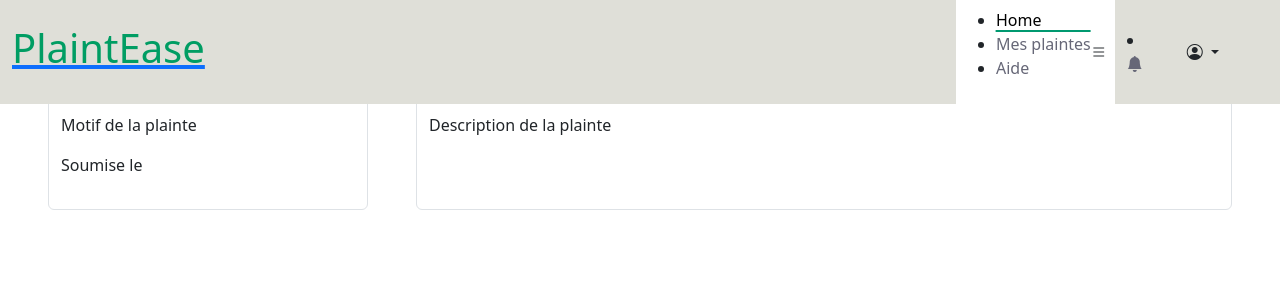
Repository: Senare1/PlaintEasy
Page: complaints/templates/complaints/plaint_detail.html
These files come from the project's save history. The page is drawn as it stood at one moment and after the next save; the edit follows.
The browser window is 1280 px wide. The pictures show the whole page.
Some web libraries are served in a nearby version. The template is drawn by Django 4.2. The application's start-up code is not run. Other server files are loaded and not shown. The template is opened directly, without the code that normally fills it, so the values that code supplies are empty.

Above is the page before, as saved 2024-08-11 07:59:23.
Console error: ReferenceError: Swiper is not defined

### complaints/templates/complaints/plaint_detail.html
{% load static %}
<!DOCTYPE html>
<html lang="en">

<head>
  <meta charset="utf-8">
  <meta content="width=device-width, initial-scale=1.0" name="viewport">

  <title>Mes plaintes</title>
  <meta content="" name="description">
  <meta content="" name="keywords">

  <!-- Vendor CSS Files -->
  <link href="https://cdn.jsdelivr.net/npm/bootstrap@5.3.3/dist/css/bootstrap.min.css" rel="stylesheet" integrity="sha384-QWTKZyjpPEjISv5WaRU9OFeRpok6YctnYmDr5pNlyT2bRjXh0JMhjY6hW+ALEwIH" crossorigin="anonymous">
  <link href="https://cdnjs.cloudflare.com/ajax/libs/font-awesome/6.1.1/css/all.min.css" rel="stylesheet">
  <link rel="stylesheet" href="https://cdnjs.cloudflare.com/ajax/libs/bootstrap-icons/1.10.0/font/bootstrap-icons.min.css">
  <link rel="stylesheet" href="https://cdnjs.cloudflare.com/ajax/libs/font-awesome/5.15.3/css/all.min.css" />
  <style>
    tr.clickable-row {
        cursor: pointer;
    }

    tr.clickable-row:hover {
        background-color: #f5f5f5;
    }
</style>

  <!-- Template Main CSS File -->
  <link href="{% static 'complaints/css/style.css' %}" rel="stylesheet">

</head>
<!-- ======= Header ======= -->


<body>

  <!-- ======= Header ======= -->
  <header id="header" class="fixed-top d-flex align-items-center" style="background-color:rgb(223, 223, 216);">
    <div class="container d-flex align-items-center justify-content-between">

      <div class="logo">
        <h1><a href="{% url 'home' %}"><span style="color: #009d63;">PlaintEase</span></a></h1>
        <!-- Uncomment below if you prefer to use an image logo -->
        <!-- <a href="index.html"><img src="assets/img/logo.png" alt="" class="img-fluid"></a>-->
      </div>

      <nav id="navbar" class="navbar">
        <ul>
          <li><a class="nav-link scrollto active" href="{% url 'home' %}">Home</a></li>
          <li><a class="nav-link scrollto" href="{% url 'my_plaints' %}">Mes plaintes</a></li>
          <li><a class="nav-link scrollto" href="{% url 'help' %}">Aide</a></li>
        </ul>
        <i class="bi bi-list mobile-nav-toggle"></i>
      </nav>
    </div>

    <li class="nav-item notification-icon">
          <a class="nav-link" href="#" id="MYResponses" data-toggle="modal" data-target="#infoModal">
              <i class="bi bi-bell-fill"></i>
              <span class="badge">{{number}}</span>
          </a>
      </li>

  <div class="dropdown me-5 ms-4">

    <button class="btn  dropdown-toggle " type="button" data-bs-toggle="dropdown" aria-expanded="false">
      <i class="bi bi-person-circle "></i>
    </button>
    <ul class="dropdown-menu">
      <!-- <li><a class="dropdown-item" href="#">Profile</a></li> -->
      <li><a class="dropdown-item text-danger" href="{% url 'logout' %}"><i class="fas fa-power-off"></i>Logout</a></li>
    </ul>
  </div>
    <!-- <button type="button" class="btn"><a class="getstarted scrollto" href="">Logout</a></button> -->

  </header><!-- End Header -->

<div class="row mx-auto my-5">
    <div class="col-3 mx-5 border rounded mt-5 py-3 ">
        <p>Motif de la plainte</p>
        <div class="ms-2">{{ complaint.motif }}</div>
        <p>Soumise le {{ complaint.incident_date }}</p>
    </div>
    <div class="col me-5 border rounded mt-5 py-3">
        <p>Description de la plainte</p>
        <div class="ms-3">{{ complaint.motif }}</div>
    </div>
</div>

  <!---------les scripts js-->
  <script src="https://cdn.jsdelivr.net/npm/bootstrap@5.3.3/dist/js/bootstrap.bundle.min.js" integrity="sha384-YvpcrYf0tY3lHB60NNkmXc5s9fDVZLESaAA55NDzOxhy9GkcIdslK1eN7N6jIeHz" crossorigin="anonymous"></script>
  <script src="{% static 'complaints/js/main.js' %}"></script>

</body>

</html>

### complaints/static/complaints/css/style.css
.navbar{
    background-color: #fff;
    /*height: 80px;*/
    font-size: 16px;
    /*margin: 20px;
    border-radius: 40px;*/
    padding: 0.5rem;
}


.navbar-brand{
    color: #009970;
    font-weight: 500;
    font-size: 24px;
    transition: 0.3s color;
}
.logout-button{
    background-color: #990000;
    font-size: 14px;
    color: #fff;
    padding: 8px 20px;
    border-radius: 50px;
    text-decoration: none;
    transition: 0.3s background-color;
}

.logout-button:hover{
    background-color: #990000;
}

.navbar-toggler{
    border: none;
    font-size: 1.25rem;
}
.navbar-toggler:focus,.btn-close:focus{
    box-shadow: none;
    outline: none;
}

.nav-link{
    color: #666777;
    font-weight: 500;
    position: relative;
}

.nav-link:hover,.nav-link.active{
    color: #000;
}
@media(min-width:991px){
    .nav-link::before{
        content: "";
        position: absolute;
        bottom: 0;
        left: 50%;
        transform: translateX(-50%);
        width: 0;
        height: 2px;
        background-color: #009970;
        visibility: hidden;
        transition: 0.3s ease-in-out;
    }

    .nav-link:hover::before,.nav-link.nav-link.active::before{
        width: 100%;
        visibility: visible;
    }
}

.hero-section{
    background : url(../image/law.jpeg) no-repeat center;
    background-size: cover;
    width: 100%;
    height: 100vh;
    padding-top: 50px;
}

/* Contrôle de la barre de recherche*/
.search-form {
    border-radius: .10rem;
    padding: 0.3rem;
}
.search-input {
    border: none;
    box-shadow: none;
}
.search-input:focus {
    border: none;
    box-shadow: none;
    outline: none;
}
.search-button {
    border: none;
    box-shadow: none;
}
.search-button:focus {
    outline: none;
}

/* End footer*/

/* Start footer*/

.footer {
    background-color: #f8f9fa;
    padding: 2rem 0;
    border-top: 1px solid #e9ecef;
}
.footer a {
    color: #6c757d;
    text-decoration: none;
}
.footer a:hover {
    text-decoration: underline;
}
.social-icons a {
    margin: 0 0.5rem;
    color: #6c757d;
}
.social-icons a:hover {
    color: #495057;
}


/* End footer*/

### complaints/static/complaints/js/main.js
/**
* Template Name: Vesperr - v4.10.0
* Template URL: https://bootstrapmade.com/vesperr-free-bootstrap-template/
* Author: BootstrapMade.com
* License: https://bootstrapmade.com/license/
*/
(function() {
  "use strict";

  /**
   * Easy selector helper function
   */
  const select = (el, all = false) => {
    el = el.trim()
    if (all) {
      return [...document.querySelectorAll(el)]
    } else {
      return document.querySelector(el)
    }
  }

  /**
   * Easy event listener function
   */
  const on = (type, el, listener, all = false) => {
    let selectEl = select(el, all)
    if (selectEl) {
      if (all) {
        selectEl.forEach(e => e.addEventListener(type, listener))
      } else {
        selectEl.addEventListener(type, listener)
      }
    }
  }

  /**
   * Easy on scroll event listener
   */
  const onscroll = (el, listener) => {
    el.addEventListener('scroll', listener)
  }

  /**
   * Navbar links active state on scroll
   */
  let navbarlinks = select('#navbar .scrollto', true)
  const navbarlinksActive = () => {
    let position = window.scrollY + 200
    navbarlinks.forEach(navbarlink => {
      if (!navbarlink.hash) return
      let section = select(navbarlink.hash)
      if (!section) return
      if (position >= section.offsetTop && position <= (section.offsetTop + section.offsetHeight)) {
        navbarlink.classList.add('active')
      } else {
        navbarlink.classList.remove('active')
      }
    })
  }
  window.addEventListener('load', navbarlinksActive)
  onscroll(document, navbarlinksActive)

  /**
   * Scrolls to an element with header offset
   */
  const scrollto = (el) => {
    let header = select('#header')
    let offset = header.offsetHeight

    if (!header.classList.contains('header-scrolled')) {
      offset -= 20
    }

    let elementPos = select(el).offsetTop
    window.scrollTo({
      top: elementPos - offset,
      behavior: 'smooth'
    })
  }

  /**
   * Toggle .header-scrolled class to #header when page is scrolled
   */
  let selectHeader = select('#header')
  if (selectHeader) {
    const headerScrolled = () => {
      if (window.scrollY > 100) {
        selectHeader.classList.add('header-scrolled')
      } else {
        selectHeader.classList.remove('header-scrolled')
      }
    }
    window.addEventListener('load', headerScrolled)
    onscroll(document, headerScrolled)
  }

  /**
   * Back to top button
   */
  let backtotop = select('.back-to-top')
  if (backtotop) {
    const toggleBacktotop = () => {
      if (window.scrollY > 100) {
        backtotop.classList.add('active')
      } else {
        backtotop.classList.remove('active')
      }
    }
    window.addEventListener('load', toggleBacktotop)
    onscroll(document, toggleBacktotop)
  }

  /**
   * Mobile nav toggle
   */
  on('click', '.mobile-nav-toggle', function(e) {
    select('#navbar').classList.toggle('navbar-mobile')
    this.classList.toggle('bi-list')
    this.classList.toggle('bi-x')
  })

  /**
   * Mobile nav dropdowns activate
   */
  on('click', '.navbar .dropdown > a', function(e) {
    if (select('#navbar').classList.contains('navbar-mobile')) {
      e.preventDefault()
      this.nextElementSibling.classList.toggle('dropdown-active')
    }
  }, true)

  /**
   * Scrool with ofset on links with a class name .scrollto
   */
  on('click', '.scrollto', function(e) {
    if (select(this.hash)) {
      e.preventDefault()

      let navbar = select('#navbar')
      if (navbar.classList.contains('navbar-mobile')) {
        navbar.classList.remove('navbar-mobile')
        let navbarToggle = select('.mobile-nav-toggle')
        navbarToggle.classList.toggle('bi-list')
        navbarToggle.classList.toggle('bi-x')
      }
      scrollto(this.hash)
    }
  }, true)

  /**
   * Scroll with ofset on page load with hash links in the url
   */
  window.addEventListener('load', () => {
    if (window.location.hash) {
      if (select(window.location.hash)) {
        scrollto(window.location.hash)
      }
    }
  });

  /**
   * Testimonials slider
   */
  new Swiper('.testimonials-slider', {
    speed: 600,
    loop: true,
    autoplay: {
      delay: 5000,
      disableOnInteraction: false
    },
    slidesPerView: 'auto',
    pagination: {
      el: '.swiper-pagination',
      type: 'bullets',
      clickable: true
    },
    breakpoints: {
      320: {
        slidesPerView: 1,
        spaceBetween: 20
      },

      1200: {
        slidesPerView: 2,
        spaceBetween: 20
      }
    }
  });

  /**
   * Porfolio isotope and filter
   */
  window.addEventListener('load', () => {
    let portfolioContainer = select('.portfolio-container');
    if (portfolioContainer) {
      let portfolioIsotope = new Isotope(portfolioContainer, {
        itemSelector: '.portfolio-item',
        layoutMode: 'fitRows'
      });

      let portfolioFilters = select('#portfolio-flters li', true);

      on('click', '#portfolio-flters li', function(e) {
        e.preventDefault();
        portfolioFilters.forEach(function(el) {
          el.classList.remove('filter-active');
        });
        this.classList.add('filter-active');

        portfolioIsotope.arrange({
          filter: this.getAttribute('data-filter')
        });
        portfolioIsotope.on('arrangeComplete', function() {
          AOS.refresh()
        });
      }, true);
    }

  });

  /**
   * Initiate portfolio lightbox
   */
  const portfolioLightbox = GLightbox({
    selector: '.portfolio-lightbox'
  });

  /**
   * Portfolio details slider
   */
  new Swiper('.portfolio-details-slider', {
    speed: 400,
    loop: true,
    autoplay: {
      delay: 5000,
      disableOnInteraction: false
    },
    pagination: {
      el: '.swiper-pagination',
      type: 'bullets',
      clickable: true
    }
  });

  /**
   * Animation on scroll
   */
  window.addEventListener('load', () => {
    AOS.init({
      duration: 1000,
      easing: 'ease-in-out',
      once: true,
      mirror: false
    })
  });

  /**
   * Initiate Pure Counter
   */
  new PureCounter();

})()



// script.js

const carouselItems = document.querySelectorAll('.carousel-item');
let index = 0;

function showImage(index) {
    carouselItems.forEach((item, i) => {
        item.classList.remove('active');
        item.style.animation = ''; // Réinitialise l'animation
        if (i === index) {
            item.classList.add('active');
            item.style.animation = 'fadeIn 1s ease-in-out'; // Animation d'entrée
        }
    });
}

function nextImage() {
    carouselItems[index].style.animation = 'fadeOut 1s ease-in-out'; // Animation de sortie
    index = (index + 1) % carouselItems.length;
    showImage(index);
}

// Initial setup
showImage(index);

// Automatic slide every 3 seconds
setInterval(nextImage, 3000); // Change image every 3 seconds

After the next save:
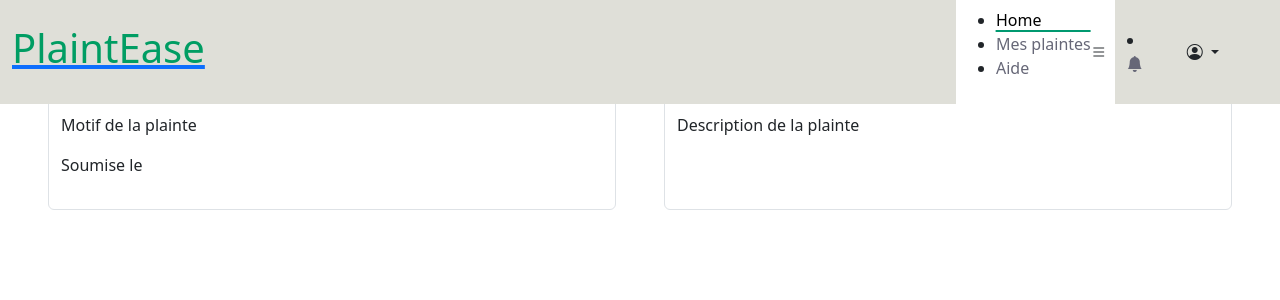
Saved 68 s later.
--- a/complaints/templates/complaints/plaint_detail.html
+++ b/complaints/templates/complaints/plaint_detail.html
@@ -76,7 +76,7 @@
   </header><!-- End Header -->
 
 <div class="row mx-auto my-5">
-    <div class="col-3 mx-5 border rounded mt-5 py-3 ">
+    <div class="col mx-5 border rounded mt-5 py-3 ">
         <p>Motif de la plainte</p>
         <div class="ms-2">{{ complaint.motif }}</div>
         <p>Soumise le {{ complaint.incident_date }}</p>
